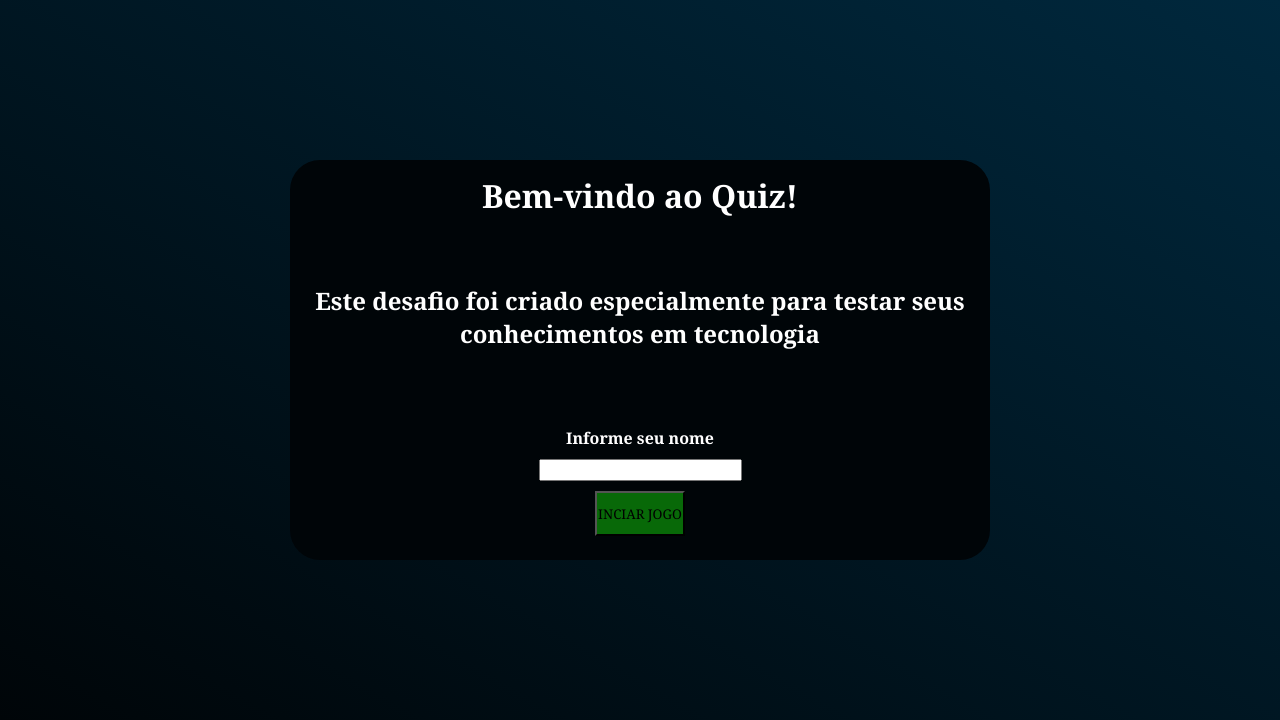
Repository: LaisSilvaO/Projeto-Quizz
Page: telas/apresentação.html
The author's editor kept a copy of each file at every save. The page is drawn from the files as they stood at one save, then again after the next save.
The browser window is 1280 px wide. The pictures show the whole page.

Above is the page before, as saved 2024-12-25 21:47:36.

### telas/apresentação.html
<!DOCTYPE html>
<html lang="pt-br">

<head>
    <meta charset="UTF-8">
    <meta name="viewport" content="width=device-width, initial-scale=1.0">
    <title>Quiz</title>
    <link rel="stylesheet" href="../img/tela.css">
</head>

<body>
    <div class="box1">
        <div class="box2">

            <h1> Bem-vindo ao Quiz!</h1>

            <h2>Este desafio foi criado especialmente para testar seus conhecimentos em tecnologia</h2>
            </h2>
            <h4>Informe seu nome </h4>
            <input type="text" id="nome">
            <A href="index.html">
                <h4><button>INCIAR JOGO</button></h4>
            </A>

        </div>
    </div>

</body>

</html>

### img/tela.css
* {
  margin: 0;
  padding: 0;
  box-sizing: border-box;
  font-family: Cambria, Cochin, Georgia, Times, 'Times New Roman', serif;
}

body {
  height: 100vh;
  display: flex;
  justify-content: center;
  align-items: center;
  flex-direction: column;
  background: linear-gradient(210deg, #00283d, #000508);
}

main {
  background-color: white;
  padding: 10px;
  border-radius: 10px;
  width: 100%;
  max-width: 600px;
  min-height: 400px;
  display: flex;
  justify-content: center;
  align-items: center;
}

.box1{
  position: relative;
  width: 700px;
  height: 410px;

  border-radius: 30px;
  display: flex;
  justify-content: center;
  align-items: center;
  flex-direction: column;
  overflow: hidden;

}
.box2 {
  position: relative;
  width: 700px;
  height: 400px;
  background-color: #000508;
  border-radius: 30px;
  display: flex;
  justify-content: center;
  align-items: center;
  flex-direction: column;
  overflow: hidden;
  color: white;
}

/* Borda animada externa */
.box1::before {
  content: '';
  position: absolute;
  top: 0;
  left: 0;
  width: 100%;
  height: 100%;
  border-radius: 30px;
  border: 0px solid transparent; /* Espessura da borda aumentada */
  background-image: linear-gradient(to bottom, #157815, #93b608);
  background-size: 400%; /* Aumenta o tamanho da animação da borda */
  animation: borderAnimation 6s linear  infinite ;
  z-index: -1; /* Garante que a borda fique atrás do conteúdo */
}

@keyframes borderAnimation {
  0% {
    top: 0px;
    left: 0px;
}
25% {
    top: 0px;
    left: 700px; /* Canto superior direito */
}
50% {
    top: 0px;
    left: 0px; /* Canto inferior direito */
}
75% {
    top: 700px;
    left: 0px; /* Canto inferior esquerdo */
}
100% {
    top: 700px;
    left: 0px;  /* Retorna ao canto superior esquerdo */
}
}

h2{
  padding: 10px;
  display: flex;           /* Ativa o modelo de layout flex */
  justify-content: center; /* Centraliza horizontalmente */
  align-items: center;     /* Centraliza verticalmente */
  text-align: center;      /* Centraliza as linhas de texto */
  height: 50%;
}
h4{
  padding: 10px;
}
button{
  width: 90px;
  height: 45px;
  background-color: rgb(8, 105, 8);
}

After the next save:
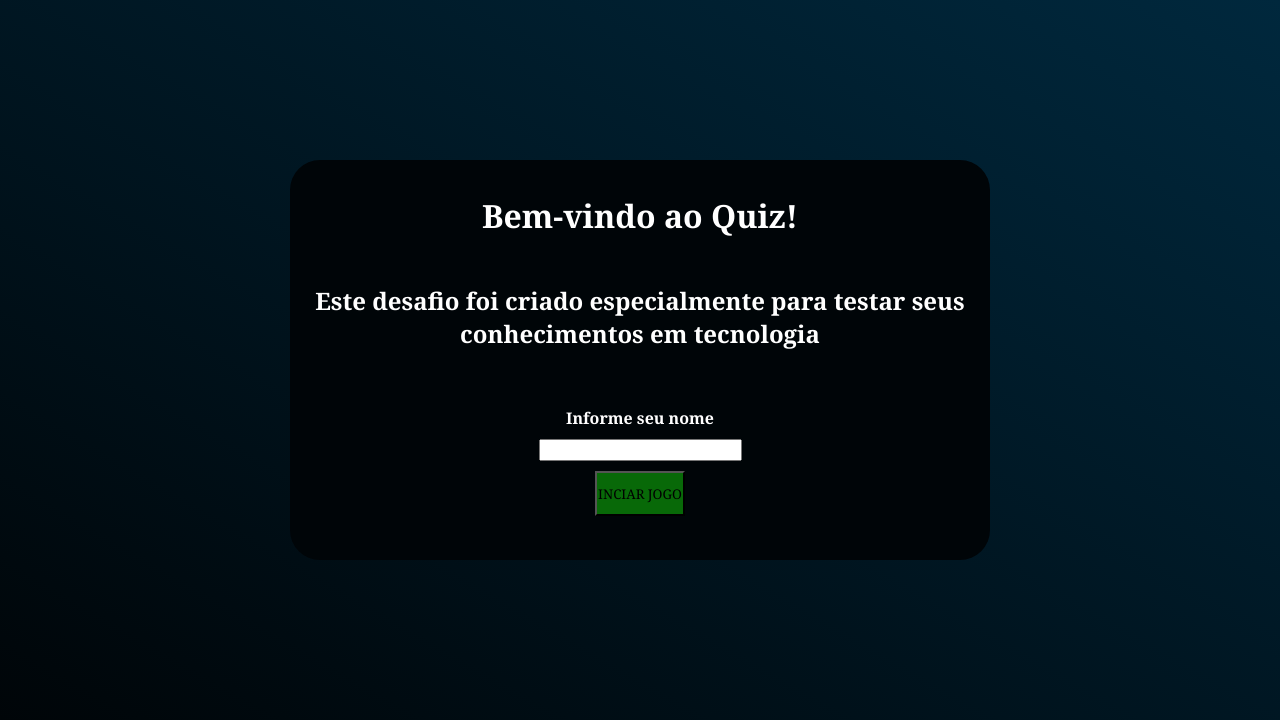
Saved 9 s later.
--- a/img/tela.css
+++ b/img/tela.css
@@ -98,7 +98,7 @@ h2{
   justify-content: center; /* Centraliza horizontalmente */
   align-items: center;     /* Centraliza verticalmente */
   text-align: center;      /* Centraliza as linhas de texto */
-  height: 50%;
+  height: 40%;
 }
 h4{
   padding: 10px;
